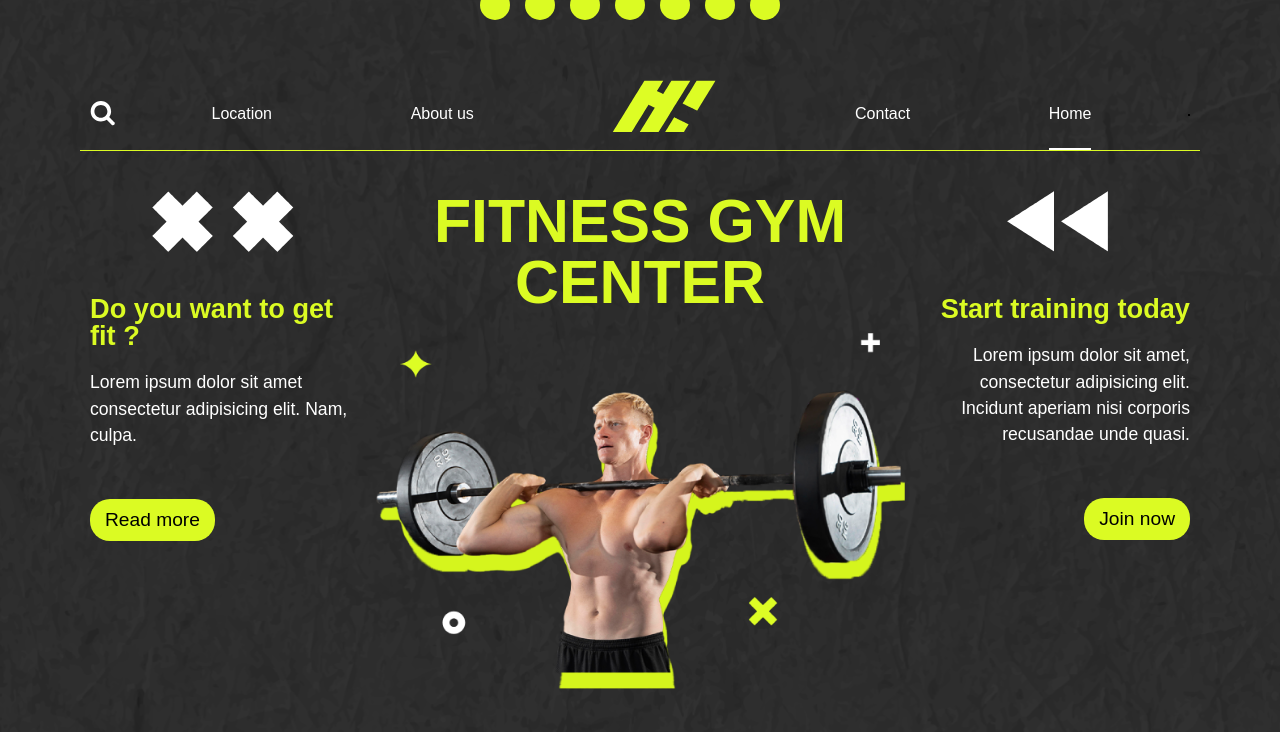
Repository: sem1103/fitness-test
Page: index.html
These files come from the project's save history. The page is drawn as it stood at one moment and after the next save; the edit follows.
The browser window is 1280 px wide. The pictures show the whole page.

Above is the page before, as saved 2023-11-03 19:00:40.

### index.html
<!DOCTYPE html>
<html lang="en">
<head>
    <meta charset="UTF-8">
    <meta name="viewport" content="width=device-width, initial-scale=1.0">
    <title>Fitness</title>
    <link rel="stylesheet" href="style/reset.css"/>
    <link rel="stylesheet" href="style/main.css"/>
</head>
<body>
    <div id="circles">
        <ul>
            <li></li>
            <li></li>
            <li></li>
            <li></li>
            <li></li>
            <li></li>
            <li></li>
        </ul>
    </div>
    <header class="container">
        <div id="search">
            <svg version="1.2" xmlns="http://www.w3.org/2000/svg" viewBox="0 0 25 25" width="25" height="25"><style>.a{fill:#fff}</style><path fill-rule="evenodd" class="a" d="m23 24.2c-0.5 0-1 0-1.4-0.5-4.9-4.9-4.9-4.9-4.9-4.9-1.9 1.2-3.7 1.6-5.8 1.6-5.6 0-10.2-4.4-10.2-10 0-5.8 4.6-10.3 10.2-10.3 5.6 0 10.2 4.5 10.2 10.3 0 1.9-0.7 4-1.9 5.6 4.9 5.1 4.9 5.1 4.9 5.1 0.5 0.3 0.7 0.7 0.7 1.2 0 1.2-0.9 1.9-1.8 1.9zm-12.1-20.3c-3.7 0-6.5 2.8-6.5 6.5 0 3.5 2.8 6.3 6.5 6.3 3.5 0 6.5-2.8 6.5-6.3 0-3.7-3-6.5-6.5-6.5z"/></svg>
        </div>
        <nav>
            <ul>
                <li><a href="">Location</a></li>
                <li><a href="">About us</a></li>
                <li><a href=""><img src="./img/logo.png" alt="Logo"></a></li>
                <li><a href="">Contact</a></li>
                <li class="active"><a href="">Home</a></li>
            </ul>
        </nav>
        <div id="burger__menu">
            <div id="burger">
                <span></span>
                <span></span>
                <span></span>
            </div>
        </div>
    </header>
    <main>

        <div id="intro" class="container">
            <div class="side__section">
                <div class="img">
                    <img src="img/section-one.png" alt="">
                </div>
                <h2>Do you want
                    to get fit ?</h2>
                <p>Lorem ipsum dolor sit amet consectetur adipisicing elit. Nam, culpa.</p>
                <button>Read more</button>
            </div>
            <div class="main__section">
                <h1>FITNESS GYM <br/>
                    CENTER</h1>
                <img src="img/section-two.png" alt="">
            </div>
            <div class="side__section">
                <div class="img">
                    <img src="img/section-three.png" alt="">
                </div>
                <h2>Start training
                    today</h2>
                <p>Lorem ipsum dolor sit amet, consectetur adipisicing elit. Incidunt aperiam nisi corporis recusandae unde quasi.</p>
                <button>Join now</button>
            </div>
        </div>


    </main>
</body>
</html>

### style/reset.css
html, body, div, span, applet, object, iframe,
h1, h2, h3, h4, h5, h6, p, blockquote, pre,
a, abbr, acronym, address, big, cite, code,
del, dfn, em, img, ins, kbd, q, s, samp,
small, strike, strong, sub, sup, tt, var,
b, u, i, center,
dl, dt, dd, ol, ul, li,
fieldset, form, label, legend,
table, caption, tbody, tfoot, thead, tr, th, td,
article, aside, canvas, details, embed,
figure, figcaption, footer, header, hgroup,
menu, nav, output, ruby, section, summary,
time, mark, audio, video {
	margin: 0;
	padding: 0;
	border: 0;
	font-size: 100%;
	font: inherit;
	vertical-align: baseline;
}
/* HTML5 display-role reset for older browsers */
article, aside, details, figcaption, figure,
footer, header, hgroup, menu, nav, section {
	display: block;
}
body {
	line-height: 1;
	font-family: Arial, Helvetica, sans-serif;
}
ol, ul {
	list-style: none;
}
blockquote, q {
	quotes: none;
}
blockquote:before, blockquote:after,
q:before, q:after {
	content: '';
	content: none;
}
table {
	border-collapse: collapse;
	border-spacing: 0;
}
a{
	text-decoration: none;
}

### style/main.css
.container {
    max-width: 1100px;
    margin: auto;
}

body {
    background: url(./../img/background.png) center/cover;
    min-height: 100vh;
}

#circles ul {
    display: flex;
    flex-direction: row;
    width: 100%;
    justify-content: center;
    gap: 15px;
    margin: -10px;
}

#circles li {
    padding: 15px;
    border-radius: 50%;
    background-color: #dbfb23;
}

header {
    padding: 70px 10px 0 10px;
    border-bottom: 1px solid #dbfb23;
}

header,
nav ul {
    display: flex;
    flex-direction: row;
    justify-content: space-between;
    align-items: center;
}

nav {
    flex-basis: 80%;
}

nav ul {
    align-items: stretch;
}

nav li {
    display: flex;
    align-items: center;
    transition: all .3s ease-in-out;
    border-bottom: 2px solid transparent;
}
nav li:nth-child(3){
    margin: 0 0 15px 0;
    border: 0;
}
nav a {
    color: #fff;
}

nav li:hover {
    color: #dbfb23;
    transition: all .3s ease-in-out;
    border-color: #fff;
}
.active{
    color: #dbfb23;
    transition: all .3s ease-in-out;
    border-color: #fff;
}

#burger{
    border: 1px solid #000;
}

h1{
    font-size: 3.8rem;
    font-weight: 900;
    color: #dbfb23;
    text-align: center;
    margin: 0  0 20px 0;
}
h2{
    color: #dbfb23;
    font-size: 1.7rem;
    font-weight: 600;
}
#intro{
    display: flex;
    flex-direction: row;
    padding: 40px 15px;
    gap: 20px;
}
#intro p{
    color: #fff;
    font-size: 1.1rem;
    line-height: 1.5;
    margin: 0 0 50px 0;
}

#intro button{
    border: 0;
    outline: 0;
    padding: 10px 15px;
    background-color: #dbfb23;
    border-radius: 20px;
    font-size: 1.2rem;
    cursor: pointer;
}
.img{
    text-align: center;
    margin: 0 0 40px 0;
}
.main__section img{
    width: 100%;
}
.main__section{
    flex-basis: 50%;
}
.side__section{
    flex-basis: 25%;
}
.side__section h2{
    margin: 20px 0;
}
.side__section:last-of-type{
    text-align: right;
}


@media only screen and (max-width: 950px) {
    h1{
        font-size: 2.8rem;
    }
}
@media only screen and (max-width: 768px) {
    #intro p{
        font-size: .8rem;
    }
}

After the next save:
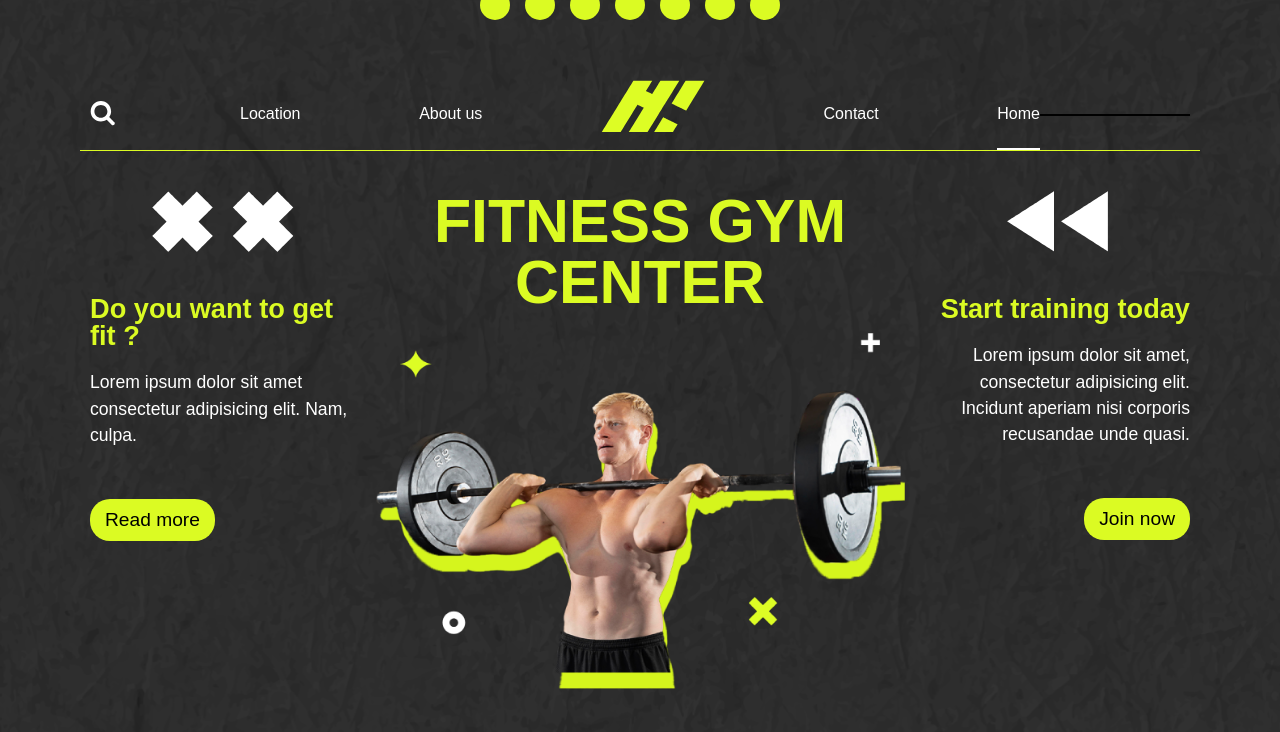
Saved 53 s later.
--- a/style/main.css
+++ b/style/main.css
@@ -26,6 +26,9 @@
 header {
     padding: 70px 10px 0 10px;
     border-bottom: 1px solid #dbfb23;
+}
+header > div{
+    flex-basis: 15%;
 }
 
 header,
